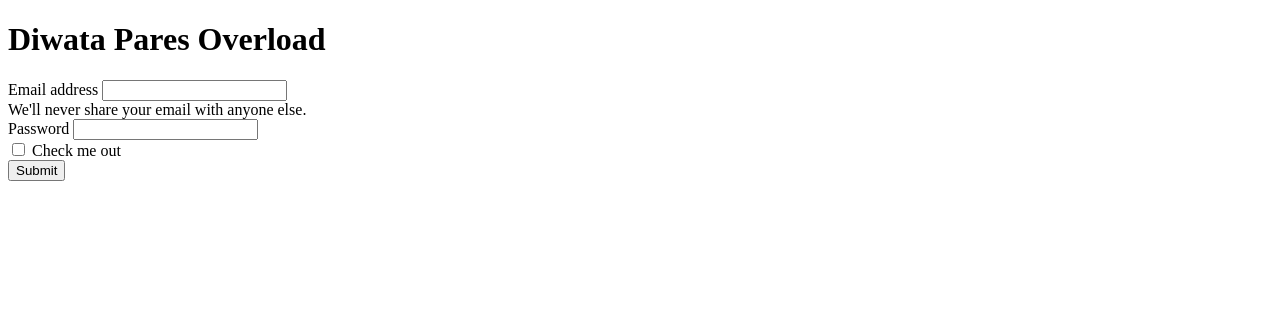
Repository: Nicktacku/webdev
Page: form.html
An editor plug-in stored every save of this project. The page is shown before and after the next save, followed by the edit.
The browser window is 1280 px wide. The pictures show the whole page.

Above is the page before, as saved 2024-07-15 16:06:22.

After the next save:
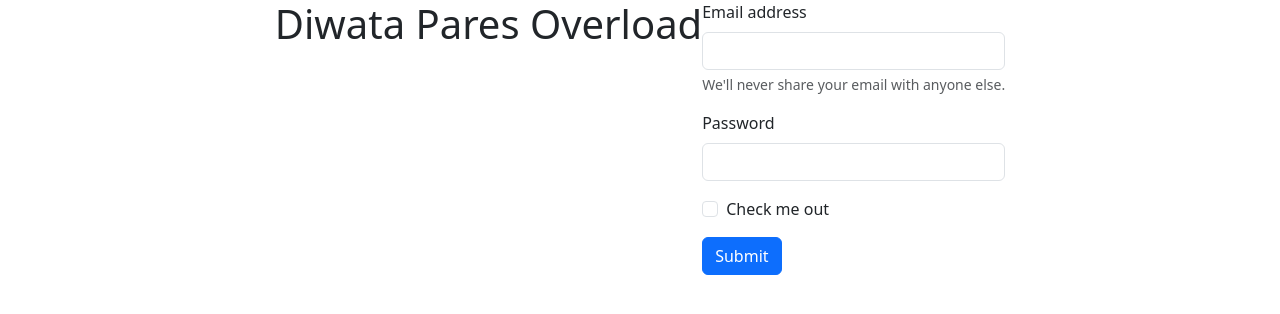
Saved 31 s later.
--- a/form.html
+++ b/form.html
@@ -4,6 +4,12 @@
     <meta charset="UTF-8" />
     <meta name="viewport" content="width=device-width, initial-scale=1.0" />
     <title>Document</title>
+    <link
+      href="https://cdn.jsdelivr.net/npm/bootstrap@5.3.3/dist/css/bootstrap.min.css"
+      rel="stylesheet"
+      integrity="sha384-QWTKZyjpPEjISv5WaRU9OFeRpok6YctnYmDr5pNlyT2bRjXh0JMhjY6hW+ALEwIH"
+      crossorigin="anonymous"
+    />
   </head>
   <body>
     <div class="container d-flex justify-content-center">
@@ -41,5 +47,10 @@
         <button type="submit" class="btn btn-primary">Submit</button>
       </form>
     </div>
+    <script
+      src="https://cdn.jsdelivr.net/npm/bootstrap@5.3.3/dist/js/bootstrap.bundle.min.js"
+      integrity="sha384-YvpcrYf0tY3lHB60NNkmXc5s9fDVZLESaAA55NDzOxhy9GkcIdslK1eN7N6jIeHz"
+      crossorigin="anonymous"
+    ></script>
   </body>
 </html>
